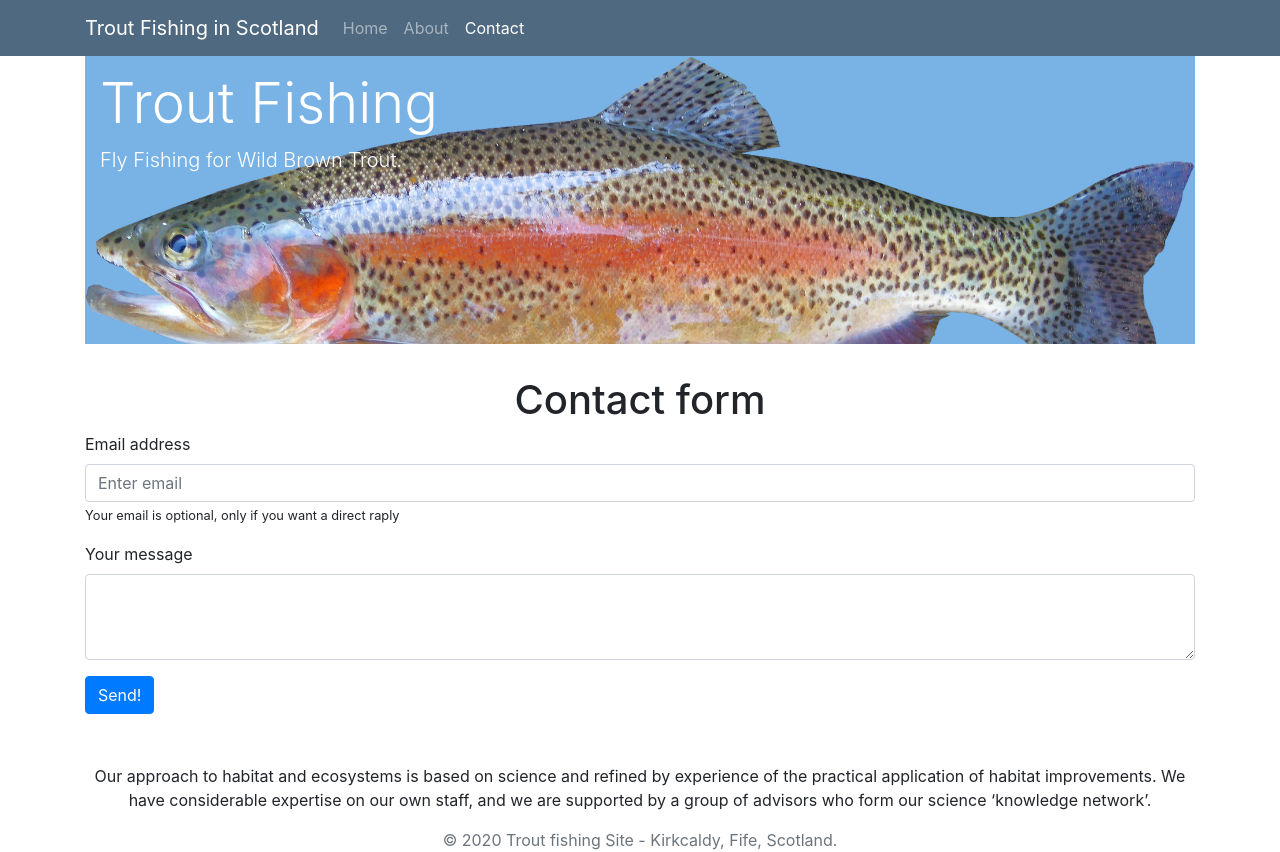
Repository: adrian9211/College_project
Page: contact.html
The author's editor kept a copy of each file at every save. The page is drawn from the files as they stood at one save, then again after the next save.
The browser window is 1280 px wide. The pictures show the whole page.

Above is the page before, as saved 2020-11-04 09:13:02.

After the next save:
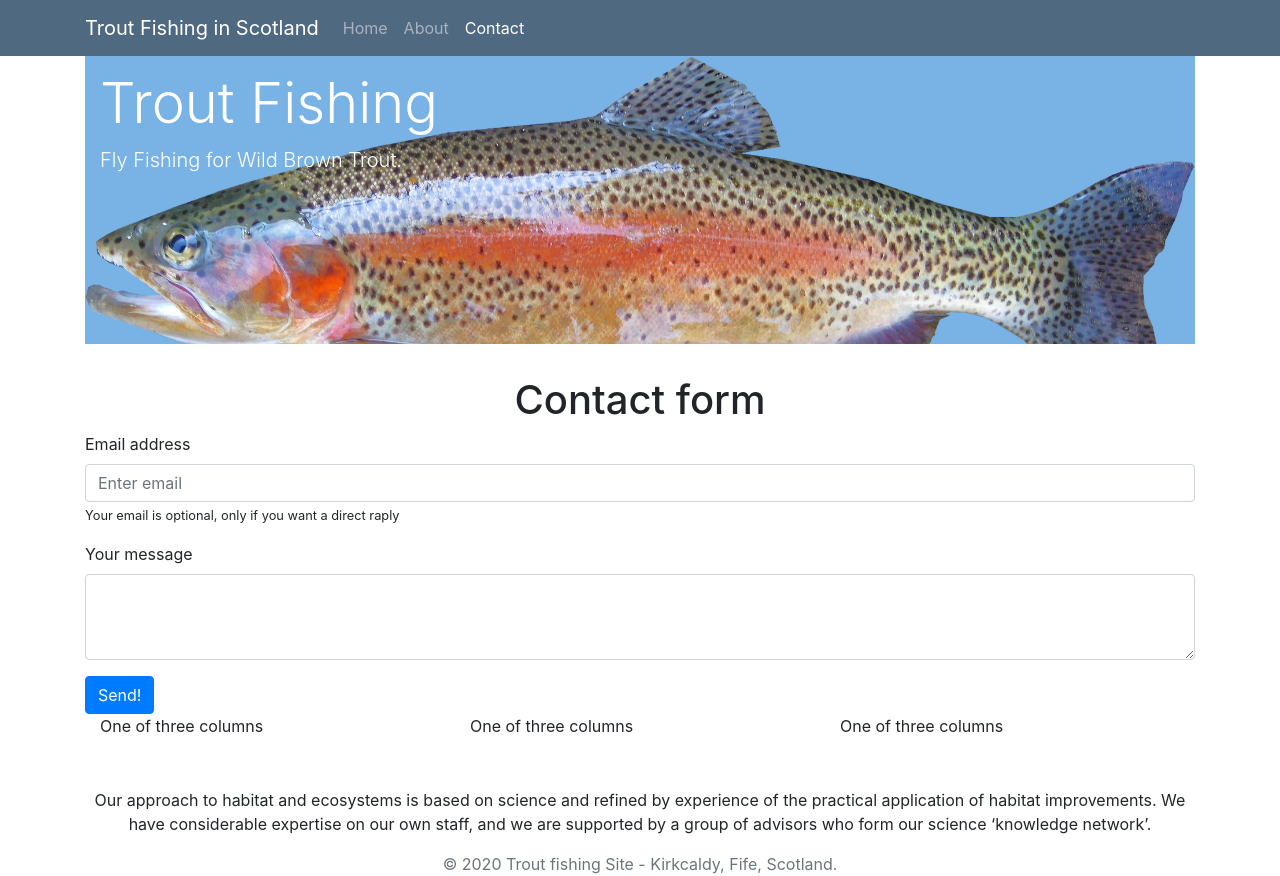
Saved 81 s later.
--- a/contact.html
+++ b/contact.html
@@ -63,7 +63,17 @@
         <button type="submit" class="btn btn-primary" onClick="window.location.reload();">Send!</button>
       </form>
       <div class="container">
-
+        <div class="row">
+          <div class="col-sm">
+            One of three columns
+          </div>
+          <div class="col-sm">
+            One of three columns
+          </div>
+          <div class="col-sm">
+            One of three columns
+          </div>
+        </div>
       </div>
 
     </div>
